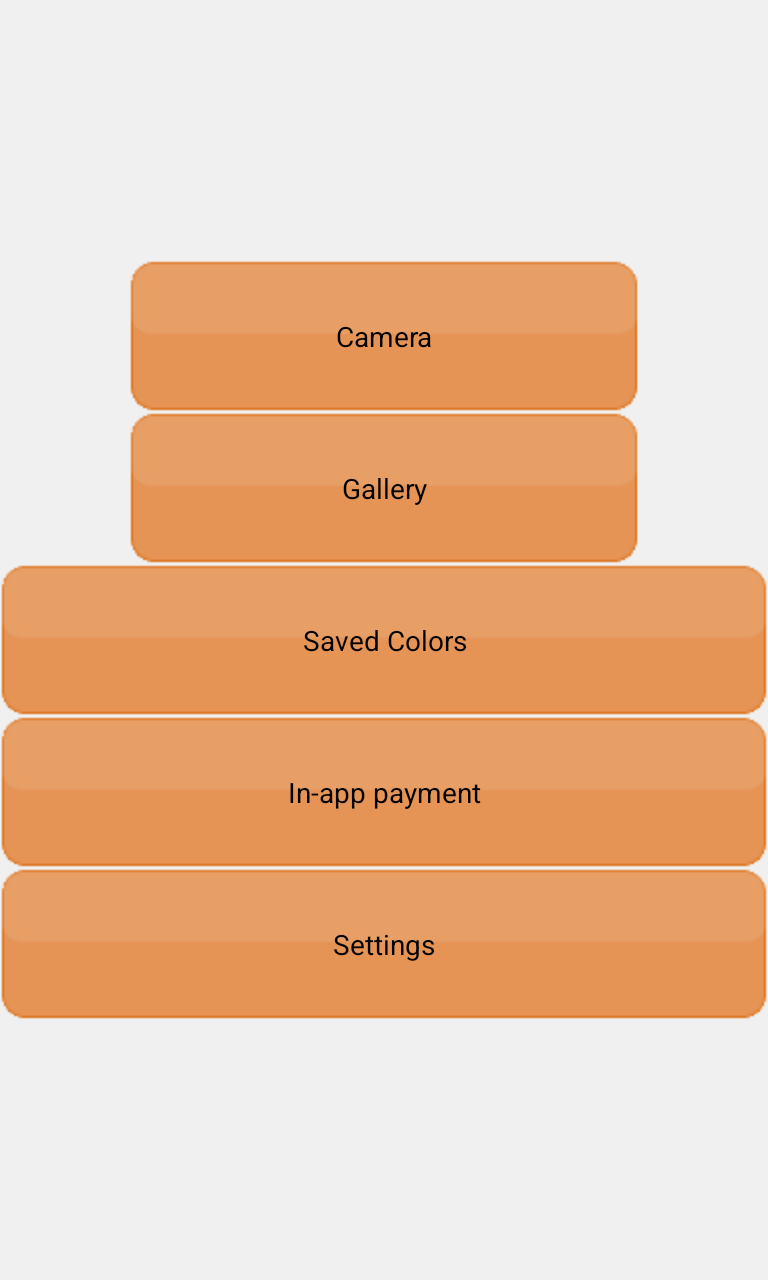
Repository: jwanglof/Rangi
Layout: client/Rangi/res/layout/mainmenu.xml
These files come from the project's save history. The layout is drawn as it stood at one moment and after the next save; the edit follows.
It is drawn on a 768 x 1280 px phone screen (xhdpi) without system bars, with theme android:Theme.NoTitleBar; the app's code is not run.

Above is the layout before, as saved 2012-11-01 14:27:53.

### client/Rangi/res/layout/mainmenu.xml
<?xml version="1.0" encoding="utf-8"?>
<LinearLayout xmlns:android="http://schemas.android.com/apk/res/android"
    android:layout_width="fill_parent"
    android:layout_height="fill_parent"
    android:background="#f0f0f0"
    android:gravity="center|center_vertical"
    android:orientation="vertical" >

    <Button
        android:id="@+id/camera_button"
        android:layout_width="255dp"
        android:layout_height="wrap_content"
        android:background="@drawable/button_background"
        android:gravity="center_vertical|center_horizontal|center"
        android:onClick="camera"
        android:text="@string/camera" />

    <Button
        android:id="@+id/gallery_button"
        android:layout_width="255dp"
        android:layout_height="wrap_content"
        android:background="@drawable/button_background"
        android:onClick="gallery"
        android:text="@string/gallery" />

    <Button
        android:id="@+id/saved_colors_button"
        android:layout_width="fill_parent"
        android:layout_height="wrap_content"
        android:onClick="saved_colors"
        android:text="@string/saved_colors"
        android:background="@drawable/button_background" />

    <Button
        android:id="@+id/in_app_button"
        android:layout_width="fill_parent"
        android:layout_height="wrap_content"
        android:onClick="in_app"
        android:text="@string/in_app_payment"
        android:background="@drawable/button_background" />

    <Button
        android:id="@+id/settings_button"
        android:layout_width="fill_parent"
        android:layout_height="wrap_content"
        android:onClick="settings"
        android:text="@string/settings"
        android:background="@drawable/button_background" />

</LinearLayout>

### client/Rangi/res/values/strings.xml
<?xml version="1.0" encoding="utf-8"?>
<resources>
    <string name="camera_name">Rangi - Camera</string>
    <string name="app_name">Rangi</string>
    <string name="m_square_tool">Square</string>
    <string name="m_circle_tool">Circle</string>
    <string name="m_freehand_tool">Freehand</string>
    <string name="m_analyze_tool">Analyze</string>
    <string name="gallery">Gallery</string>
    <string name="saved_colors">Saved Colors</string>
    <string name="camera">Camera</string>
    <string name="in_app_payment">In-app payment</string>
    <string name="settings">Settings</string>

</resources>

### client/Rangi/res/values/dimens.xml
<?xml version="1.0" encoding="utf-8"?>
<resources>
    <dimen name="button_text_size">20dip</dimen>
</resources>

After the next save:
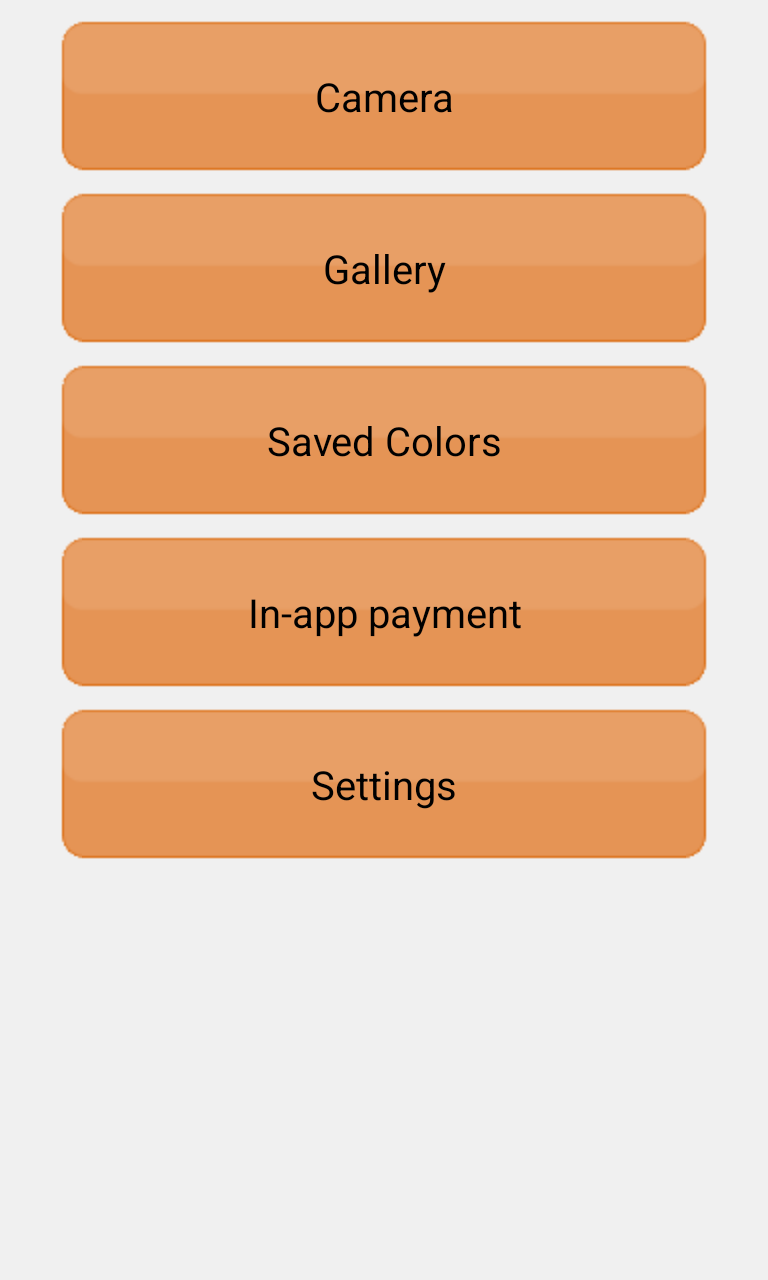
Saved 80 min 6 s later.
--- a/client/Rangi/res/layout/mainmenu.xml
+++ b/client/Rangi/res/layout/mainmenu.xml
@@ -3,48 +3,76 @@
     android:layout_width="fill_parent"
     android:layout_height="fill_parent"
     android:background="#f0f0f0"
-    android:gravity="center|center_vertical"
+    android:gravity="top|center_horizontal|center"
     android:orientation="vertical" >
 
     <Button
         android:id="@+id/camera_button"
-        android:layout_width="255dp"
+        android:layout_width="fill_parent"
         android:layout_height="wrap_content"
+        android:layout_gravity="top|center_horizontal"
+        android:layout_marginBottom="5dp"
+        android:layout_marginLeft="30dp"
+        android:layout_marginRight="30dp"
+        android:layout_marginTop="10dp"
         android:background="@drawable/button_background"
         android:gravity="center_vertical|center_horizontal|center"
         android:onClick="camera"
-        android:text="@string/camera" />
+        android:text="@string/camera"
+        android:textSize="@dimen/button_text_size" />
 
     <Button
         android:id="@+id/gallery_button"
-        android:layout_width="255dp"
+        android:layout_width="fill_parent"
         android:layout_height="wrap_content"
+        android:layout_gravity="top|center_horizontal"
+        android:layout_marginBottom="5dp"
+        android:layout_marginLeft="30dp"
+        android:layout_marginRight="30dp"
+        android:layout_marginTop="5dp"
         android:background="@drawable/button_background"
         android:onClick="gallery"
-        android:text="@string/gallery" />
+        android:text="@string/gallery"
+        android:textSize="@dimen/button_text_size"
+        android:width="@dimen/button_text_size" />
 
     <Button
         android:id="@+id/saved_colors_button"
         android:layout_width="fill_parent"
         android:layout_height="wrap_content"
+        android:layout_marginBottom="5dp"
+        android:layout_marginLeft="30dp"
+        android:layout_marginRight="30dp"
+        android:layout_marginTop="5dp"
+        android:background="@drawable/button_background"
         android:onClick="saved_colors"
         android:text="@string/saved_colors"
-        android:background="@drawable/button_background" />
+        android:textSize="@dimen/button_text_size" />
 
     <Button
         android:id="@+id/in_app_button"
         android:layout_width="fill_parent"
         android:layout_height="wrap_content"
+        android:layout_marginBottom="5dp"
+        android:layout_marginLeft="30dp"
+        android:layout_marginRight="30dp"
+        android:layout_marginTop="5dp"
+        android:background="@drawable/button_background"
         android:onClick="in_app"
         android:text="@string/in_app_payment"
-        android:background="@drawable/button_background" />
+        android:textSize="@dimen/button_text_size" />
 
     <Button
         android:id="@+id/settings_button"
         android:layout_width="fill_parent"
         android:layout_height="wrap_content"
+        android:layout_marginBottom="5dp"
+        android:layout_marginLeft="30dp"
+        android:layout_marginRight="30dp"
+        android:layout_marginTop="5dp"
+        android:background="@drawable/button_background"
         android:onClick="settings"
         android:text="@string/settings"
-        android:background="@drawable/button_background" />
+        android:textSize="@dimen/button_text_size" />
 
 </LinearLayout>
